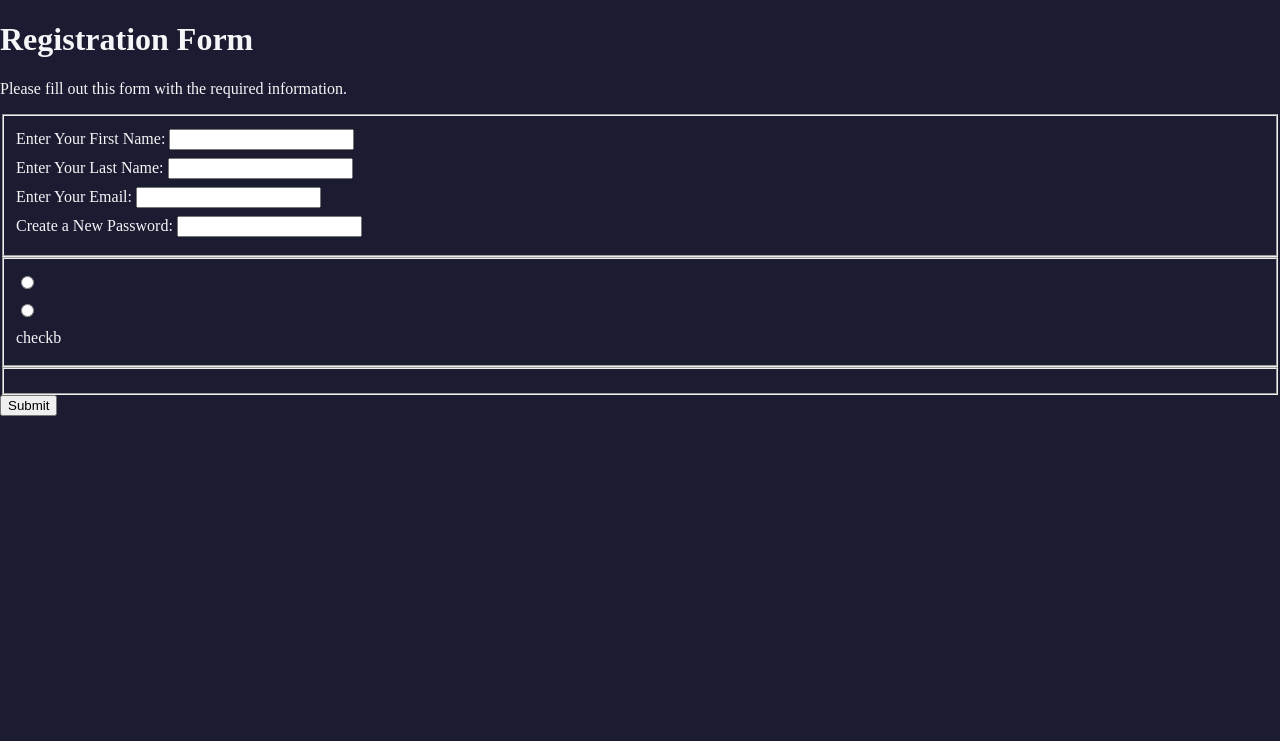
Repository: Lungdjos/registration_form
Page: index.html
The author's editor kept a copy of each file at every save. The page is drawn from the files as they stood at one save, then again after a run of saves.
The browser window is 1280 px wide. The pictures show the whole page.

Above is the page before, as saved 2023-09-28 15:12:49.

After the next 4 saves:
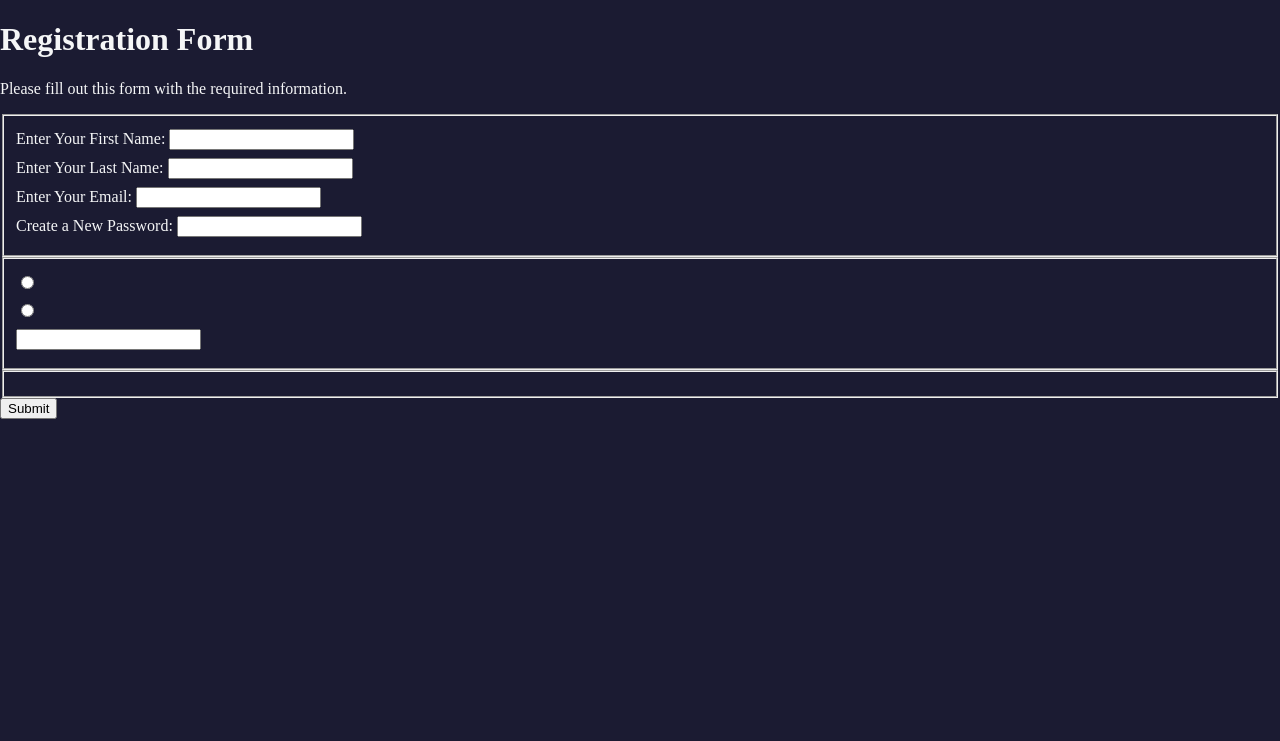
The 4 saves are shown as one change because they came seconds apart.
The last was saved 10 s later.
--- a/index.html
+++ b/index.html
@@ -21,7 +21,7 @@
         <fieldset>
             <label for=""> <input type="radio" name="" id=""> </label>
             <label for=""> <input type="radio" name="" id=""> </label>
-            <label for=""> checkb </label>
+            <label for=""> <input type="check" name="" id=""> </label>
         </fieldset>
         <fieldset>
             <label for=""></label>
